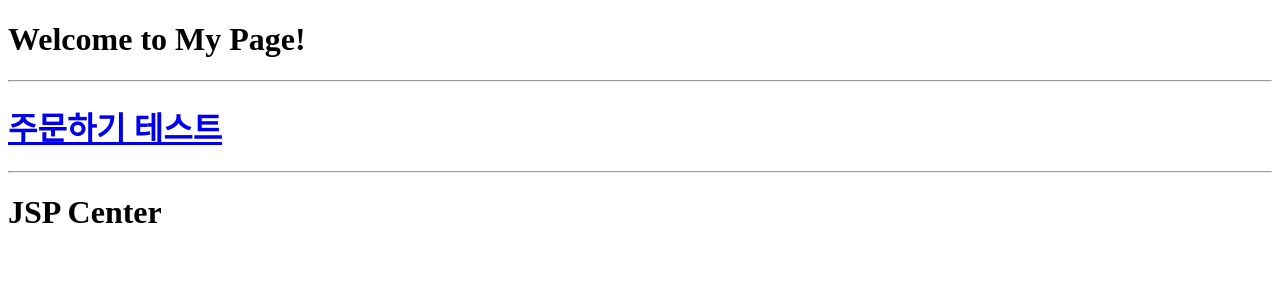
Repository: zxcvne/1400_web_nhs
Page: 05_jsp/src/web/src/main/webapp/index.html
These files come from the project's save history. The page is drawn as it stood at one moment and after the next save; the edit follows.
The browser window is 1280 px wide. The pictures show the whole page.

Above is the page before, as saved 2025-10-25 07:23:08.

After the next save:
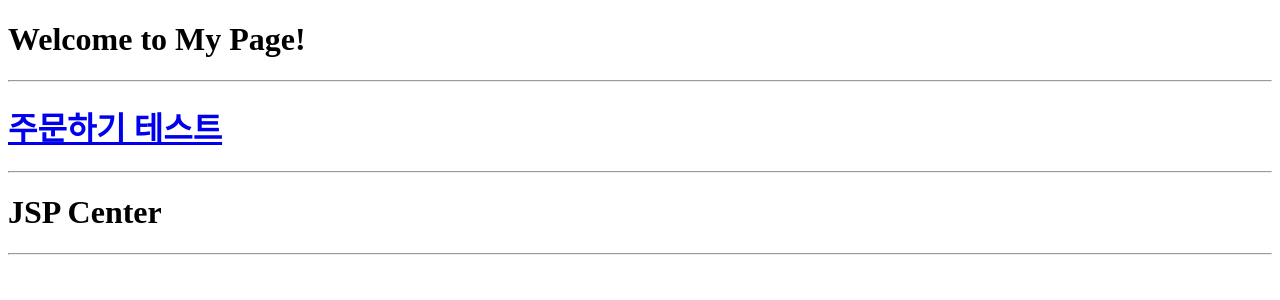
Saved 28 s later.
--- a/05_jsp/src/web/src/main/webapp/index.html
+++ b/05_jsp/src/web/src/main/webapp/index.html
@@ -10,5 +10,7 @@
 	<h1><a href="/web/order.html">주문하기 테스트</a></h1>
 	<hr>
 	<h1>JSP Center</h1>
+	<hr>
+	<a href="01_script_test.jsp"></a>
 </body>
 </html>
